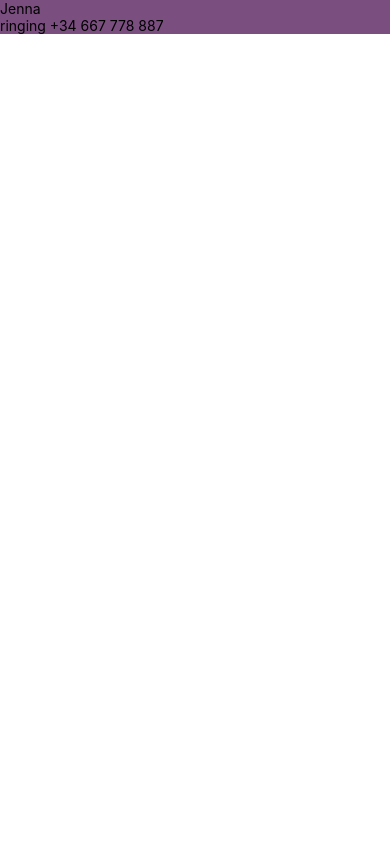
Repository: JennaFi/VideoCallApp
Screen: /
The author's editor kept a copy of each file at every save. The screen is drawn from the files as they stood at one save, then again after the next save.
The app was drawn by React Native's web renderer in a window 390 px wide. The project was rebuilt for these pictures with package versions that can differ from the ones it lists, and the page was loaded fresh each time.

Above is the screen before, as saved 2022-01-11 23:37:46.

### App.js
/**
 * Sample React Native App
 * https://github.com/facebook/react-native
 *
 * @format
 * @flow strict-local
 */


import React from 'react';
import {
  SafeAreaView, StatusBar
} from 'react-native';
import CallingScreen from './src/screens/CallingScreen/index';




const App = () => {


  return (
    <SafeAreaView >
      <StatusBar barStyle={'dark-content'} />

      {/* <ContactsScreen /> */}
      <CallingScreen />

    </SafeAreaView>
  )
}



export default App

### src/screens/CallingScreen/index.js
import React from 'react'
import { StyleSheet, Text, View } from 'react-native'

const CallingScreen = () => {
  return (
    <View style={styles.page}>
      <View style={styles.cameraPreview}>
        <Text style={styles.name}>Jenna</Text>
        <Text style={styles.phoneNumber}>ringing +34 667 778 887</Text>

      </View>
    </View>)
}



const styles = StyleSheet.create({
  page: {
    height: '100%'

  },
  cameraPreview: {
    backgroundColor: '#7b4e80',
    flex: 1


  },
  name: {


  },
  phoneNumber: {

  }
})

export default CallingScreen

After the next save:
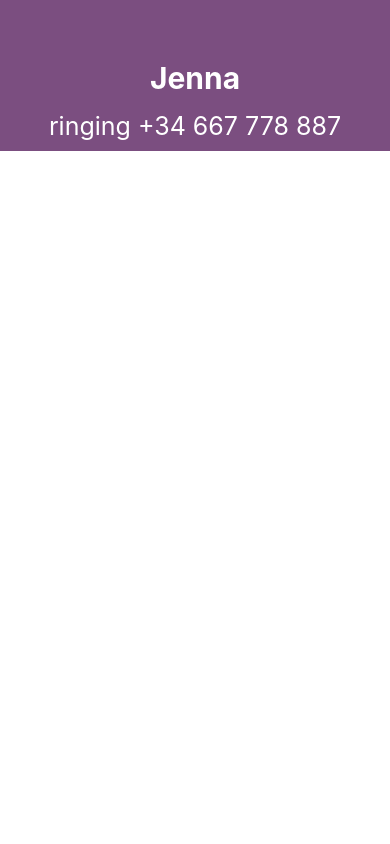
Saved 2 min 56 s later.
--- a/src/screens/CallingScreen/index.js
+++ b/src/screens/CallingScreen/index.js
@@ -21,15 +21,24 @@ const styles = StyleSheet.create({
   },
   cameraPreview: {
     backgroundColor: '#7b4e80',
-    flex: 1
+    flex: 1,
+    alignItems: 'center',
+    padding: 10
 
 
   },
   name: {
+    fontSize: 30,
+    fontWeight: 'bold',
+    color: 'white',
+    marginTop: 50,
+    marginBottom: 15
 
 
   },
   phoneNumber: {
+    fontSize: 25,
+    color: 'white'
 
   }
 })
